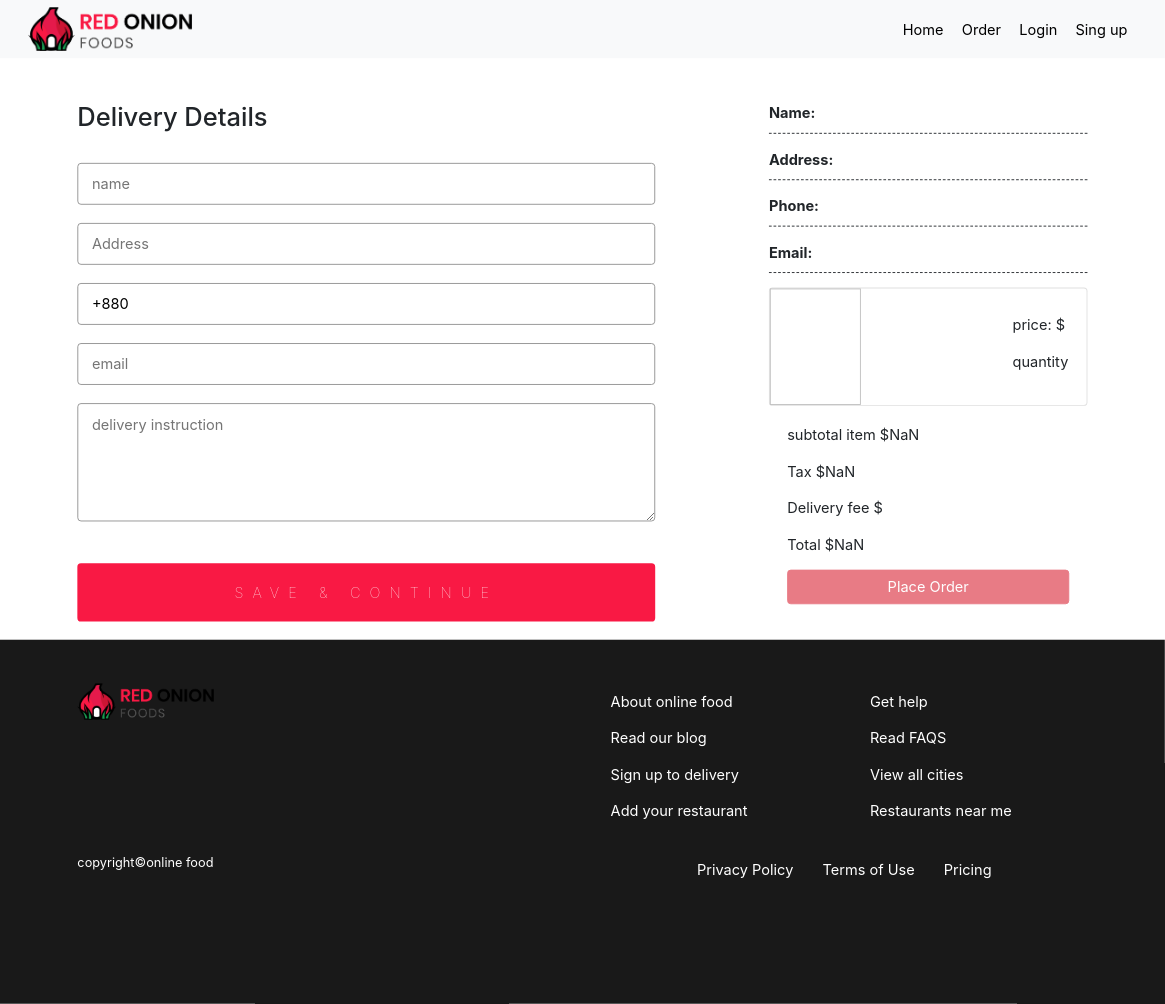
Repository: arif286/red-onion-client
Page: /checkOut
An editor plug-in stored every save of this project. The page is shown before and after the next save, followed by the edit.
The browser window is 1280 px wide. The pictures show the whole page, at 91% of full size.
The page's requests for data from a server got no answer. The project was rebuilt for these pictures with package versions that can differ from the ones it lists, and the page was loaded fresh each time. No one was signed in, and anything a server would have sent is missing. Also part of the build but not shown: src/App.css, src/components/SearchBar/SearchBar.css, src/components/SearchBar/SearchBar.js, src/components/FoodDetails/FoodDetail.css, src/components/FoodDetails/FoodDetail.js, src/components/DeliveryFood/DeliveryFood.js, src/components/Food/Food.css, src/components/Food/FoodItem.js and 10 more. Imported but missing from the stored project, and not drawn on this page: src/components/CheckOut/Map/Map.

Above is the page before, as saved 2021-04-06 02:27:23.

### public/index.html
<!DOCTYPE html>
<html lang="en">
  <head>
    <meta charset="utf-8" />
    <link rel="icon" href="%PUBLIC_URL%/favicon.ico" />
    <meta name="viewport" content="width=device-width, initial-scale=1" />
    <meta name="theme-color" content="#000000" />
    <meta
      name="description"
      content="Web site created using create-react-app"
    />
    <link rel="apple-touch-icon" href="%PUBLIC_URL%/logo192.png" />
    <!--
      manifest.json provides metadata used when your web app is installed on a
      user's mobile device or desktop. See https://developers.google.com/web/fundamentals/web-app-manifest/
    -->
    <link rel="manifest" href="%PUBLIC_URL%/manifest.json" />

    <!-- <link
      href="https://api.tiles.mapbox.com/mapbox-gl-js/v2.1.1/mapbox-gl.css"
      rel="stylesheet"
    /> -->
    <!--
      Notice the use of %PUBLIC_URL% in the tags above.
      It will be replaced with the URL of the `public` folder during the build.
      Only files inside the `public` folder can be referenced from the HTML.

      Unlike "/favicon.ico" or "favicon.ico", "%PUBLIC_URL%/favicon.ico" will
      work correctly both with client-side routing and a non-root public URL.
      Learn how to configure a non-root public URL by running `npm run build`.
    -->
    <title>Red Onion</title>
  </head>
  <body>
    <noscript>You need to enable JavaScript to run this app.</noscript>
    <div id="root"></div>
    <!--
      This HTML file is a template.
      If you open it directly in the browser, you will see an empty page.

      You can add webfonts, meta tags, or analytics to this file.
      The build step will place the bundled scripts into the <body> tag.

      To begin the development, run `npm start` or `yarn start`.
      To create a production bundle, use `npm run build` or `yarn build`.
    -->
  </body>
</html>

### src/App.js
import "bootstrap/dist/css/bootstrap.min.css";
import React, { createContext, useState } from "react";
import { BrowserRouter as Router, Route, Switch } from "react-router-dom";
import './App.css';
import CheckOut from "./components/CheckOut/CheckOut";
import Map from "./components/CheckOut/Map/Map";
import FoodDetail from "./components/FoodDetails/FoodDetail";
import Footer from "./components/Footer/Footer";
import Header from "./components/Header/Header";
import Home from './components/Home/Home';
import Login from "./components/LogIn/Login";
import Order from "./components/Order/Order";
import SingUp from "./components/SingUp/SingUp";


export const UserContext = createContext();
function App() {
  const [loggedInUser, setLoggedInUser] = useState({});
  return (
    <UserContext.Provider value={[loggedInUser, setLoggedInUser]}>
      <Router>
        <Header />
        <Switch>
          <Route path="/home">
            <Home />
          </Route>
          <Route path="/signUp">
            <SingUp />
          </Route>
          <Route path="/login">
            <Login />
          </Route>
          <Route path="/food/details/:foodId">
            <FoodDetail />
          </Route>
          <Route path='/checkOut'>
            <CheckOut/>
          </Route>
          <Route path='/order'>
            <Order/>
          </Route>
          <Route path='/map'>
            <Map/>
          </Route>
          <Route exact path="/">
            <Home/>
          </Route>
        </Switch>
        <Footer />
      </Router>
    </UserContext.Provider>
  );

}

export default App;

### src/components/CheckOut/CheckOut.js
import axios from 'axios';
import React, { useContext, useEffect, useState } from 'react';
import { useHistory } from 'react-router';
import { UserContext } from '../../App';
import './CheckOut.css';
import CheckOutFrom from './CheckOutForm/CheckOutFrom';
import Map from './Map/Map';

const CheckOut = () => {
  const [loggedInUser, setLoggedInUser] = useContext(UserContext);
  const [cart, setCart] = useState({});
  const { count, foodId } = loggedInUser;
  useEffect(() => {
    axios
      .get(`http://localhost:5000/foodDetails/${foodId}`)
      .then((res) => {
        setCart(res.data);
      })
      .catch((err) => console.log(err));
  }, [foodId]);

  const { name: foodName, picture, price } = cart;

  const [deliverInfo, setDeliverInfo] = useState({});
  const [map, setMap] = useState(true);

  const { name, address, phone, email } = deliverInfo;

  const fixNumber = (str,num) => {
    const price = Number(str);
    const multiplication = price * num
    return (multiplication).toFixed(2)
  };
  const subTotal = fixNumber(price,count);
  const vat = fixNumber(subTotal, 0.07);

  let deliveryFee;

  if (subTotal < 50) {
    deliveryFee = 3.5;
  }
  else if (subTotal > 50) {
    deliveryFee = 2.5;

  }
  const total = (Number(subTotal) + Number(vat) + deliveryFee).toFixed(2);

  let history = useHistory();
  const handleOrder = () => {
    history.push("/order");
    const orderFood = { ...deliverInfo };
    orderFood.totalPrice = total;
    orderFood.quantity = count;
    orderFood.foodId = foodId;
    console.log(orderFood)
    axios.post("http://localhost:5000/order", orderFood)
      .then(res => console.log(res.data))
    .catch(err=>console.log(err))
  };

    return (
      <div className="container">
        <div className="row mt-5 justify-content-between">
          <div className="col-md-7 col-sm-12">
            {!map ? <Map /> : <CheckOutFrom deliver={setDeliverInfo} map={setMap} />}
          </div>
          <div className="col-md-4 col-sm-12 ">
            <div className="delivery-info">
              <p>
                <strong>Name:</strong> {name}
              </p>
              <p>
                <strong>Address:</strong> {address}
              </p>
              <p>
                <strong>Phone:</strong> {phone}
              </p>
              <p>
                <strong>Email:</strong> {email}
              </p>
            </div>
            <div className="card">
              <div className="d-flex justify-content-between">
                <img
                  style={{ width: "100px", objectFit: "contain" }}
                  src={picture}
                  alt=""
                />
                <div style={{ padding: "1.25rem" }}>
                  <h6>{foodName}</h6>
                  <p>price: ${price}</p>
                  <p>quantity{count}</p>
                </div>
              </div>
            </div>
            <div className="card-body">
              <p>
                subtotal item <span>${subTotal}</span>
              </p>
              <p>Tax ${vat}</p>
              <p>Delivery fee ${deliveryFee}</p>
              <p>Total ${total}</p>
              <button
                onClick={handleOrder}
                disabled={map}
                className="btn btn-danger w-100"
              >
                Place Order
              </button>
            </div>
          </div>
        </div>
      </div>
    );
};

export default CheckOut;

### src/components/Footer/Footer.js
import React from 'react';
import { NavLink } from 'react-bootstrap';
import Logo from '../../onion-restaurent/logo2.png';
import './Footer.css';

const Footer = () => {
    return (
      <footer>
        <div className="container">
          <div className="row pt-5">
            <div className="col-md-6 col-sm-12 pb-4">
              <img className="footer-img" src={Logo} alt="" />
            </div>
            <div className="col-md-3 col-sm-12 pb-4">
              <ul className="nav flex-column">
                <li className="nav-item">
                  <NavLink
                    className="nav-link active footer-link"
                    aria-current="page"
                    to="/"
                  >
                    About online food
                  </NavLink>
                </li>
                <li className="nav-item">
                  <NavLink className="nav-link footer-link" to="/">
                    Read our blog
                  </NavLink>
                </li>
                <li className="nav-item">
                  <NavLink className="nav-link footer-link" to="/">
                    Sign up to delivery
                  </NavLink>
                </li>
                <li className="nav-item">
                  <NavLink className="nav-link footer-link" to="/">
                    Add your restaurant
                  </NavLink>
                </li>
              </ul>
            </div>
            <div className="col-md-3 col-sm-12 pb-4">
              <ul className="nav flex-column">
                <li className="nav-item">
                  <NavLink
                    className="nav-link footer-link"
                    aria-current="page"
                    to="/"
                  >
                    Get help
                  </NavLink>
                </li>
                <li className="nav-item">
                  <NavLink className="nav-link footer-link" to="/">
                    Read FAQS
                  </NavLink>
                </li>
                <li className="nav-item">
                  <NavLink className="nav-link footer-link" to="/">
                    View all cities
                  </NavLink>
                </li>
                <li className="nav-item">
                  <NavLink className="nav-link footer-link" to="/">
                    Restaurants near me
                  </NavLink>
                </li>
              </ul>
            </div>
          </div>

          <div className="row">
            <div className="col-md-7">
              <p className='copy-right'>
                <small>
                  copyright<span>&#169;</span>online food
                </small>
              </p>
            </div>
            <div className="col-md-5">
              <div className='d-flex'>
                <NavLink className="footer-link">Privacy Policy</NavLink>
                <NavLink className="footer-link">Terms of Use</NavLink>
                <NavLink className="footer-link">Pricing</NavLink>
              </div>
            </div>
          </div>
        </div>
      </footer>
    );
};

export default Footer;

### src/components/Header/Header.js
import { faShoppingCart } from "@fortawesome/free-solid-svg-icons";
import { FontAwesomeIcon } from "@fortawesome/react-fontawesome";
import React from 'react';
import { NavLink } from "react-router-dom";
import logo from '../../onion-restaurent/logo2.png';
import './Header.css';
const cart = <FontAwesomeIcon icon={faShoppingCart} />;
const Header = () => {
    const header = {
        logo : {width: '180px'}
    }
    return (
      <div>
        <nav className="navbar navbar-expand-lg navbar-light bg-light">
          <div className="container-fluid">
            <div>
              <img style={header.logo} src={logo} alt="" />
            </div>
            <button
              className="navbar-toggler"
              type="button"
              data-bs-toggle="collapse"
              data-bs-target="#navbarNav"
              aria-controls="navbarNav"
              aria-expanded="false"
              aria-label="Toggle navigation"
            >
              <span className="navbar-toggler-icon"></span>
            </button>
            <div
              className="collapse  navbar-collapse justify-content-end"
              id="navbarNav"
            >
              <ul className="navbar-nav align-items-center">
                <li className="nav-item">
                  <NavLink className="header-link" to="/">
                    Home
                  </NavLink>
                </li>
                <li className="nav-item">
                  <NavLink className="header-link" to="/order">
                    Order
                  </NavLink>
                </li>
                <li className="nav-item">
                  <NavLink className="header-link" to="/login">
                    Login
                  </NavLink>
                </li>
                <li className="nav-item">
                  <NavLink className="header-link" to="/signUp">
                    Sing up
                  </NavLink>
                </li>
              </ul>
            </div>
          </div>
        </nav>
      </div>
    );
};

export default Header;

### src/components/CheckOut/CheckOut.css
.delivery-form input {
  width: 100%;
  padding: 10px 15px;
  box-sizing: border-box;
  margin-bottom: 20px;
  border: 1px solid #909090;
  outline: none;
  border-radius: 4px;
}
.delivery-form input:first-child {
  margin-top: 25px;
}
.delivery-form input:nth-child(5) {
  line-height: 3.5;
}
.delivery-form p {
  color: #bf1650;
  margin-bottom: 20px;
}

.delivery-form p::before {
  display: inline;
  content: "⚠ ";
}

button[type="submit"],
.delivery-form input[type="submit"] {
  background: #f91944;
  color: white;
  text-transform: uppercase;
  border: none;
  margin-top: 20px;
  padding: 20px;
  font-size: 16px;
  font-weight: 100;
  letter-spacing: 10px;
}

button[type="submit"]:hover,
.delivery-form input[type="submit"]:hover {
  background: #d83153;
}
.delivery-form textarea {
  width: 100%;
  padding: 10px 15px;
  box-sizing: border-box;
  margin-bottom: 20px;
  border: 1px solid #909090;
  outline: none;
  border-radius: 4px;
  height: 130px;
}
.delivery-info p {
  border-bottom: 1px dashed;
  padding-bottom: 10px;
}

### src/components/CheckOut/CheckOutForm/CheckOutFrom.js
import React from 'react';
import { useForm } from "react-hook-form";


const CheckOutFrom = ({deliver,map}) => {
    // console.log(props);

     const defaultValues = {
       TextField: "",
     };
    const { register, handleSubmit, errors } = useForm({ defaultValues });
    const onSubmit = (data, e) => {
      console.log(data);
      e.target.reset();
        deliver(data);
         map(false);
    };
    return (
      <div>
        <h3>Delivery Details</h3>
        <form className="delivery-form" onSubmit={handleSubmit(onSubmit)}>
          <input
            type="text"
            name="name"
            placeholder="name"
            ref={register({
              validate: (value) => value.length !== "",
              required: true,
            })}
          />
          {errors.name && <p>please write your name</p>}

          <input
            type="text"
            name="address"
            placeholder="Address"
            ref={register({
              validate: (value) => value.length !== "",
              required: true,
            })}
          />
          {errors.address && <p>please write correct address</p>}
          <input
            type="phone"
            name="phone"
            placeholder="phone"
            defaultValue="+880"
            ref={register({
              validate: (value) => value.length !== 14,
              required: true,
            })}
          />
          {errors.phone && <p>please type a correct number</p>}
          <input
            name="email"
            type="email"
            placeholder="email"
            ref={register({
              pattern: /^(([^<>()[\]\\.,;:\s@"]+(\.[^<>()[\]\\.,;:\s@"]+)*)|(".+"))@((\[[0-9]{1,3}\.[0-9]{1,3}\.[0-9]{1,3}\.[0-9]{1,3}\])|(([a-zA-Z\-0-9]+\.)+[a-zA-Z]{2,}))$/,
              required: true,
            })}
          />
          {errors.email && <p>Invalid Email</p>}
          <textarea
            type="text"
            name="instruction"
            placeholder="delivery instruction"
            required={true}
          />
          <input type="submit" value="Save & Continue" />
        </form>
      </div>
    );
};

export default CheckOutFrom;

### src/components/Footer/Footer.css
.footer-img {
  width: 150px;
}
footer {
  background-color: #191919;
  height: 400px;
}
.footer-link {
  color: white;
}
.footer-link:hover {
  color: #878787;
}
.copy-right {
  color: white;
}

### src/components/Header/Header.css
.header-link {
  color: black;
  display: inline-block;
  padding: 10px;
}
.header-link:hover {
  text-decoration: none;
  color: #777777;
}
.cart-btn {
  border: none;
  background: none;
}

Loaded but not shown: src/index.js (common file); src/index.css (common file); src/reportWebVitals.js (common file)

After the next save:
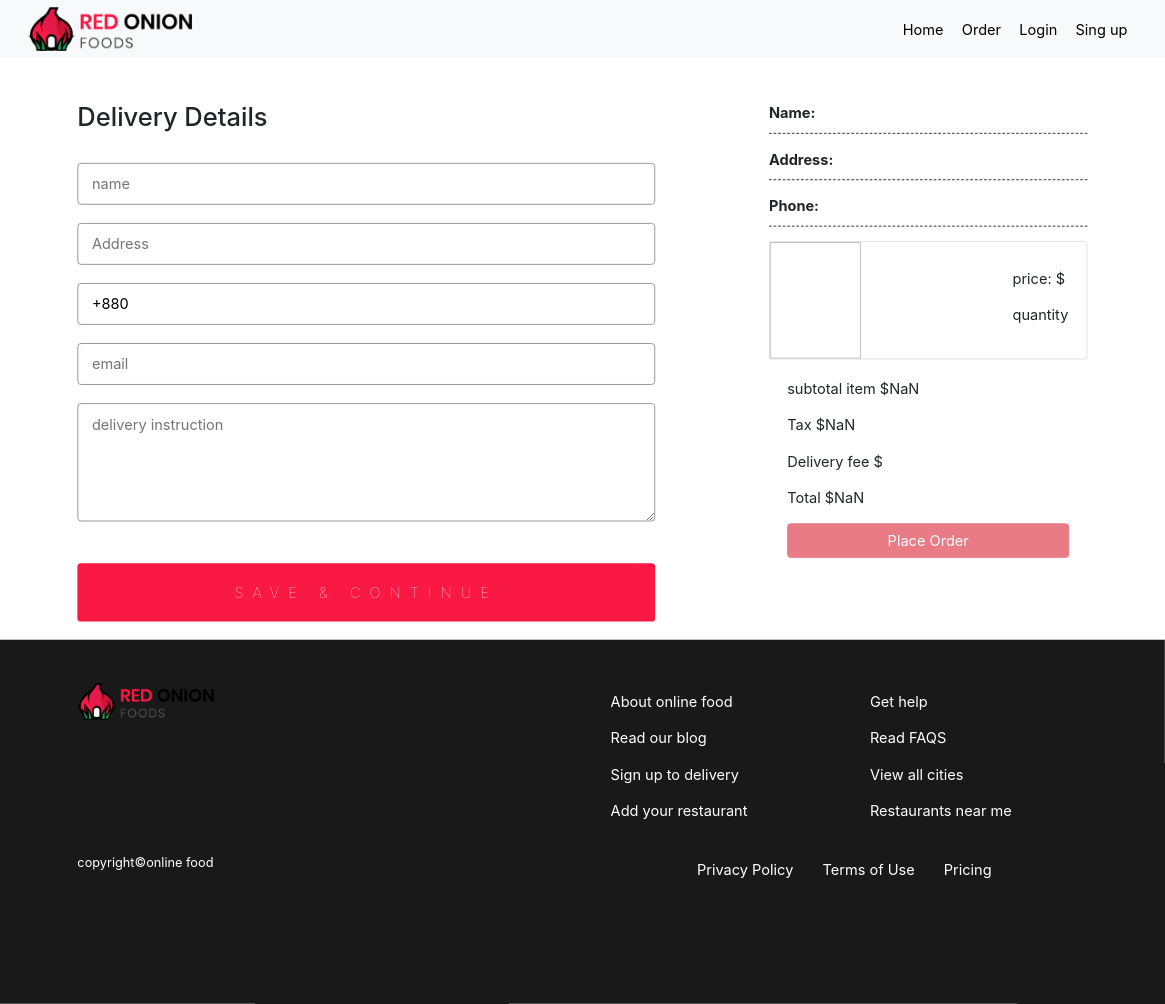
Saved 108 s later.
--- a/src/components/CheckOut/CheckOut.js
+++ b/src/components/CheckOut/CheckOut.js
@@ -46,6 +46,7 @@ const CheckOut = () => {
   const total = (Number(subTotal) + Number(vat) + deliveryFee).toFixed(2);
 
   let history = useHistory();
+
   const handleOrder = () => {
     history.push("/order");
     const orderFood = { ...deliverInfo };
@@ -74,9 +75,6 @@ const CheckOut = () => {
               </p>
               <p>
                 <strong>Phone:</strong> {phone}
-              </p>
-              <p>
-                <strong>Email:</strong> {email}
               </p>
             </div>
             <div className="card">
